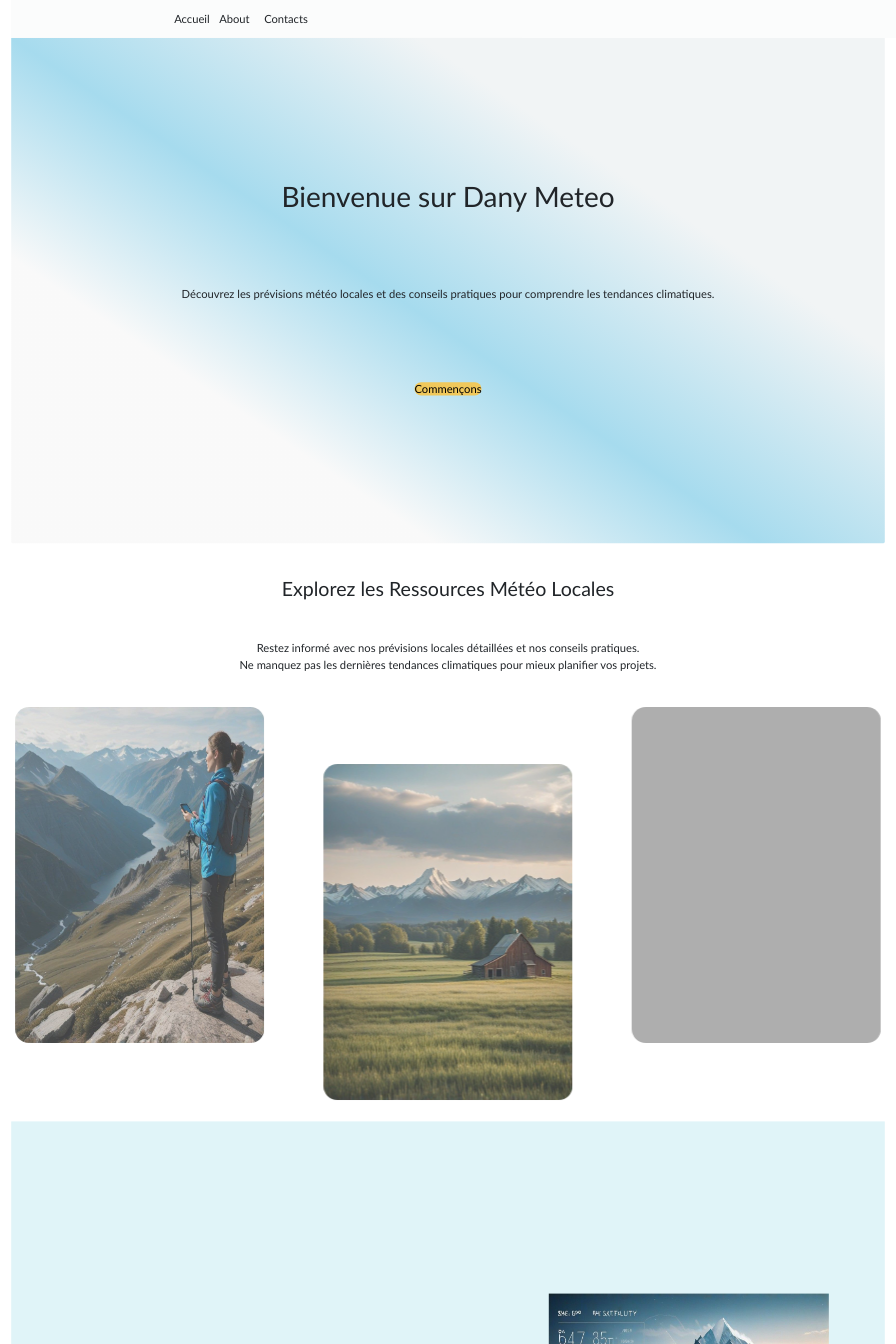
Repository: Dany-py/Meteo
Page: MeteoDjango/MeteoDjango/Meteo/templates/Accueil.html
An editor plug-in stored every save of this project. The page is shown before and after the next save, followed by the edit.
The browser window is 1280 px wide. The pictures show the part of the page from y = 0 to 1920 px (the page is 3622 px tall), at 70% of full size.
Pictures or frames that could not be fetched are drawn as grey boxes. The template is drawn by Django 5.2. The application's start-up code is not run. The template is opened directly, without the code that normally fills it, so the values that code supplies are empty.

Above is the page before, as saved 2024-11-25 20:19:29.
Console error: TypeError: Cannot read properties of null (reading 'addEventListener')

After the next save:
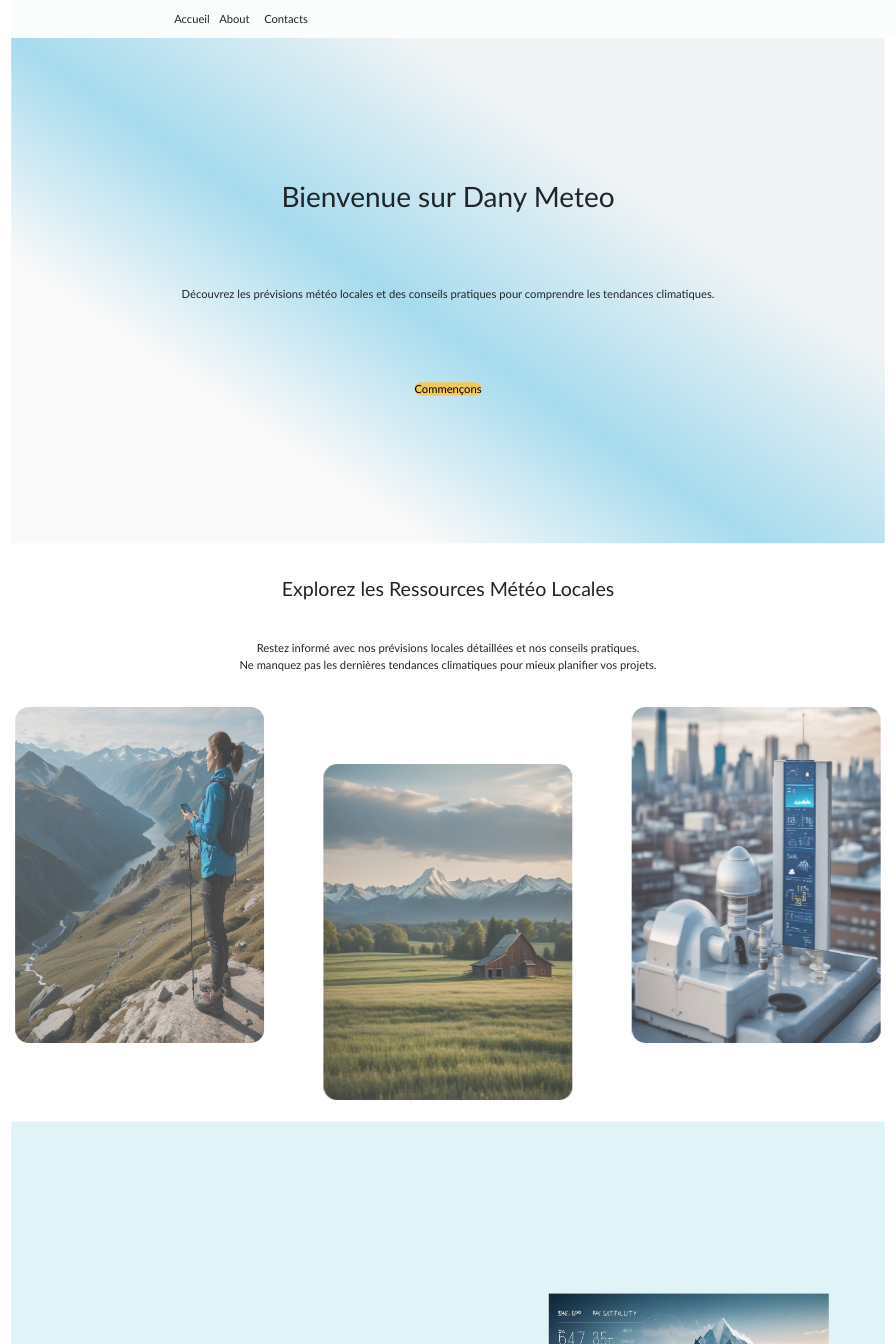
Saved 3 min 33 s later.
--- a/MeteoDjango/MeteoDjango/Meteo/templates/Accueil.html
+++ b/MeteoDjango/MeteoDjango/Meteo/templates/Accueil.html
@@ -68,7 +68,7 @@
         <img src="{% static 'img/img1.jpg' %}" id = "slide2"alt="">
       </div>
       <div class="col-md-4">
-        <img src="{% static 'img/img4.jpeg' %}g" id = "slide3" alt="">
+        <img src="{% static 'img/img4.jpeg' %}" id = "slide3" alt="">
       </div>
     </div>
   </div>
